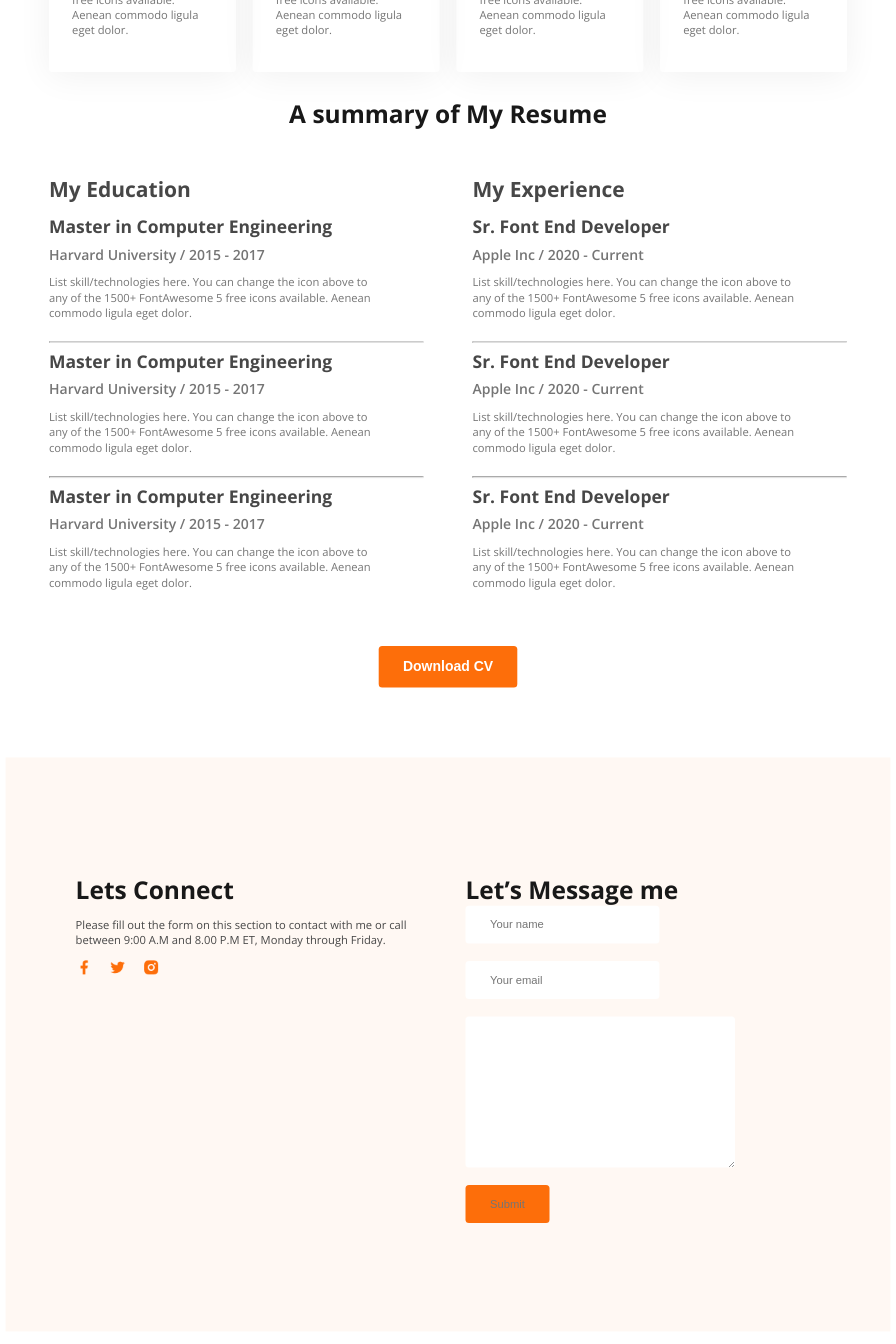
Repository: ShouravAhammed/Simple-Portfolio-Webpage
Page: index.html
The author's editor kept a copy of each file at every save. The page is drawn from the files as they stood at one save, then again after the next save.
The browser window is 1280 px wide. The pictures show the part of the page from y = 2110 to 4030 px (the page is 4030 px tall), at 70% of full size.

Above is the page before, as saved 2024-01-06 04:13:10.

### index.html
<!DOCTYPE html>
<html lang="en">
<head>
    <meta charset="UTF-8">
    <meta name="viewport" content="width=device-width, initial-scale=1.0">
    <title>Mary</title>
    <link rel="stylesheet" href="index.css">
</head>
<body>
    <header class="header">
        <nav>
            <h3 class="nav-title">Ma<span class="text-primary">r</span>y</h3>
            <ul class="navber">
                <li><a href="">Portfolio</a></li>
                <li><a href="">Blog</a></li>
                <li><button class="btn-primary">Hire Me</button></li>
            </ul>
        </nav>
        <div class="banner">
            <div class="banner-content">
                <h3 class="banner-greeting">Hi, I  am</h3>
                <h1 class="banner-title">Mary Hardy</h1>
                <p class="banner-description">Shot what able cold new see hold.Friendly as an betrayed formerly he. Morning because as to society behaved moments.</p>
                <button class="btn-primary">Download</button>
                <button class="btn-primary">Contact</button>
            </div>
            <img class="profile-pic" src="images/hardy.png" alt="profile-pic">
        </div>
    </header>
    <main>
        <section class="about">
            <h3 class="section-title">About Me</h3>
            <p class="section-description">I, m a designer & developer with a passion for web design. I enjoy developing simple, clean and slick websites that provide real value to the end user. Thousands of clients have procured exceptional resulfs while working with me. Delivering work within time and budget which meets clients requirements in our mata.</p>
            <div class="about-info-container">
                <div class="about-info">
                    <h4 class="info-title">Name:</h4>
                    <p class="info-description">Mary Hardy</p>
                </div>
                <div class="about-info">
                    <h4 class="info-title">Email:</h4>
                    <p class="info-description">info@gmail.com</p>
                </div>
                <div class="about-info">
                    <h4 class="info-title">Date of birth:</h4>
                    <p class="info-description">11 November 1987</p>
                </div>
                <div class="about-info">
                    <h4 class="info-title">From:</h4>
                    <p class="info-description">Los Angeles, USA</p>
                </div>
            </div>
        </section>
        <!-- what i do section  -->
        <section>
            <h3 class="section-title">What I do</h3>
            <p id="what-i-do-description" class="section-description">I have more than 10 years experience building software for clients all over the world. Below is a quick overview of my main technical skill sets and technologies i use. Want to find out more about my experience? Check out my online resume and project portfolio.</p>
            <div class="skills-container">
                <div class="skills">
                    <img src="images/icons/js.png" alt="">
                    <h3 class="skills-title">Vanilla JavaScript</h3>
                    <p class="skills-description">List skill/technologies here. You can change the icon above to any of the 1500+ FontAwesome 5 free icons available. Aenean commodo ligula eget dolor.</p>
                </div>
                <div class="skills">
                    <img src="images/icons/react.png" alt="">
                    <h3 class="skills-title">React</h3>
                    <p class="skills-description">List skill/technologies here. You can change the icon above to any of the 1500+ FontAwesome 5 free icons available. Aenean commodo ligula eget dolor.</p>
                </div>
                <div class="skills">
                    <img src="images/icons/nodejs.png" alt="">
                    <h3 class="skills-title">Node.js</h3>
                    <p class="skills-description">List skill/technologies here. You can change the icon above to any of the 1500+ FontAwesome 5 free icons available. Aenean commodo ligula eget dolor.</p>
                </div>
                <div class="skills">
                    <img src="images/icons/mongo.png" alt="">
                    <h3 class="skills-title">MongoDB</h3>
                    <p class="skills-description">List skill/technologies here. You can change the icon above to any of the 1500+ FontAwesome 5 free icons available. Aenean commodo ligula eget dolor.</p>
                </div>
            </div>
        </section>
        <!-- Resume section -->
        <section>
            <h3 class="section-title">A summary of My Resume</h3>
            <div class="resume-container">
                <div class="resume-colum">
                    <h3 class="resume-column-title">My Education</h3>
                    <div class="resume-item">
                        <h3 class="resume-item-title">Master in Computer Engineering</h3>
                        <h4 class="resume-item-institute">Harvard University / 2015 - 2017</h4>
                        <p class="resume-item-description">List skill/technologies here. You can change the icon above
                            to any of the 1500+ FontAwesome 5 free icons available. Aenean commodo ligula eget dolor.</p>
                    </div>
                    <hr>
                    <div class="resume-item">
                        <h3 class="resume-item-title">Master in Computer Engineering</h3>
                        <h4 class="resume-item-institute">Harvard University / 2015 - 2017</h4>
                        <p class="resume-item-description">List skill/technologies here. You can change the icon above
                            to any of the 1500+ FontAwesome 5 free icons available. Aenean commodo ligula eget dolor.</p>
                    </div>
                    <hr>
                    <div class="resume-item">
                        <h3 class="resume-item-title">Master in Computer Engineering</h3>
                        <h4 class="resume-item-institute">Harvard University / 2015 - 2017</h4>
                        <p class="resume-item-description">List skill/technologies here. You can change the icon above
                            to any of the 1500+ FontAwesome 5 free icons available. Aenean commodo ligula eget dolor.</p>
                    </div>
                </div>
                <div class="resume-colum">
                    <h3 class="resume-column-title">My Experience</h3>
                    <div class="resume-item">
                        <h3 class="resume-item-title">Sr. Font End Developer</h3>
                        <h4 class="resume-item-institute">Apple Inc / 2020 - Current</h4>
                        <p class="resume-item-description">List skill/technologies here. You can change the icon above
                            to any of the 1500+ FontAwesome 5 free icons available. Aenean commodo ligula eget dolor.</p>
                    </div>
                    <hr>
                    <div class="resume-item">
                        <h3 class="resume-item-title">Sr. Font End Developer</h3>
                        <h4 class="resume-item-institute">Apple Inc / 2020 - Current</h4>
                        <p class="resume-item-description">List skill/technologies here. You can change the icon above
                            to any of the 1500+ FontAwesome 5 free icons available. Aenean commodo ligula eget dolor.</p>
                    </div>
                    <hr>
                    <div class="resume-item">
                        <h3 class="resume-item-title">Sr. Font End Developer</h3>
                        <h4 class="resume-item-institute">Apple Inc / 2020 - Current</h4>
                        <p class="resume-item-description">List skill/technologies here. You can change the icon above
                            to any of the 1500+ FontAwesome 5 free icons available. Aenean commodo ligula eget dolor.</p>
                    </div>
                </div>
            </div>
            <div class="download-cv">
                <button class="btn-primary">Download CV</button>
            </div>
        </section>
    </main>
    <footer>
        <div class="footer-column">
            <h3 class="section-title left-align">Lets Connect</h3>
            <p class="footer-description">Please fill out the form on this section to contact with me or call between 9:00 A.M and 8.00 P.M ET, Monday through Friday.</p>
            <div class="social-link">
                <a href=""><img src="images/icons/facebook.png" alt="facebook"></a>
                <a href=""><img src="images/icons/twitter.png" alt="twitter"></a>
                <a href=""><img src="images/icons/insta.png" alt="insta"></a>
            </div>
        </div>
        <div class="footer-column">
            <h3 class="section-title left-align">Let’s Message me</h3>
            <form class="contact" action="">
                <input type="name" placeholder="Your name" alt="">
                <input type="email" placeholder="Your email" alt="">
                <textarea name="" id="" cols="30" rows="10"></textarea>
                <input type="submit" class="btn-primary">
            </form>
        </div>

    </footer>
</body>
</html>

### index.css
@import url('https://fonts.googleapis.com/css2?family=Lato:ital,wght@0,100;0,300;0,400;0,700;0,900;1,100;1,300;1,400;1,700;1,900&display=swap');
@import url('https://fonts.googleapis.com/css2?family=Open+Sans:ital,wght@0,300;0,400;0,500;0,600;0,700;0,800;1,300;1,400;1,500;1,600;1,700;1,800&display=swap');
/* google fonts import */
/* *{
    margin: 0;
    padding: 0;
    outline: 0;
} */
ul, ol{
    list-style: none;
}
body{
    font-family: 'Open Sans', sans-serif;
}
.text-primary{
    color: #FD6E0A;
}
.btn-primary{
    border-radius: 5px;
    color: #fff;
    background: #FD6E0A;
    font-size: 20px;
    font-weight: 700;
    padding: 18px 35px;
    border: 0;
}

/* nav related style */
nav{
    display: flex;
    justify-content: space-between;
    align-items: center;
    margin: 0 200px;
}
.nav-title{
    color: #181818;
    font-size: 45px;
    font-weight: 800;
}
nav > ul{
    display: flex;
    align-items: center;
}
nav li{
    margin-right: 50px;
}
nav a{
    text-decoration: none;
    color: #474747;
}
/* header related style */
.header{
    background: #FFF8F3;
    background-image: url(images/header_bg.png);
    background-position: bottom right;
    background-repeat: no-repeat;
}
.banner{
    display: flex;
    justify-content: space-between;
    padding: 30px 30px 0px 150px;
    align-items: center;
}
.banner-content{
    max-width: 580px;
}
.banner .profile-pic{
    width: 500px;
}
.banner-greeting{
    color: #474747;
    font-size: 45px;
    margin-bottom: 0;
}
.banner-title{
    color: #181818;
    font-size: 85px;
    font-weight: 700;
    margin-top: 5px;
    margin-bottom: 20px;
}
.banner-description{
    color: #575757;
    font-size: 18px;
    font-weight: 400;
    margin-bottom: 20px;
}
/* main part style */
main{
    max-width: 1140px;
    margin: 0 auto;
}
/* about part style */
.about{
    border-radius: 10px;
    background: #FFF8F3;
    margin: 130px 0px;
    padding: 130px 155px;
}
.section-title{
    color: #181818;
    text-align: center;
    font-size: 35px;
    font-weight: 700;
}
.section-description{
    color: #757575;
    text-align: center;
    font-size: 18px;
    font-weight: 400;
}
.about-info-container{
    display: flex;
    justify-content: space-around;
}
.about-info{
    text-align: center;
}
.info-title{
    color:  #757575;
    text-align: center;
    font-size: 20px;
    font-weight: 400;
    margin-bottom: 0px;
}
.info-description{
    color:#474747;
    font-size: 20px;
    font-weight: 700;
    margin-top: 10px;
}
#what-i-do-description{
    padding: 30px 150px;
}
/* what i do section style */
.skills-container{
    display: flex;
    gap: 24px;
}
.skills{
    border-radius: 5px;
    box-shadow: 0px 6px 50px 0px rgba(0, 0, 0, 0.06);
    padding: 33px
}
.skills-title{
    color: #181818;
    font-size: 20px;
    font-weight: 700;
}
.skills-description{
    color:#757575;
    font-size: 16px;
    font-weight: 400;
}
/* Resume sectionpart start */
.resume-container{
    display: flex;
    gap: 70px;
}
.resume-container hr{
    background: #d1d1d1;
    height: 0.1px;
}
.resume-column-title{
    color:#474747;
    font-size: 30px;
    font-weight: 700;
    margin-bottom: 15px;
}
.resume-item-title{
    color: #474747;
    font-size: 25px;
    font-weight: 700;
    margin-top: 0px;
    margin-bottom: 10px;
}
.resume-item-institute{
    color: #757575;
    font-size: 20px;
    font-weight: 600;
    margin-top: 0px;
    margin-bottom: 15px;
}
.resume-item-description{
    color: #757575;
    font-size: 16px;
    font-weight: 400;
    margin-top: 10px;
    margin-bottom: 30px;
    padding-right: 50px;
}
.download-cv{
    text-align: center;
    margin-top: 50px;
}
/* footer part style */
footer{
    display: flex;
    gap: 50px;
    background: #fff8f3;
    padding: 130px 100px;
    margin-top: 100px;
}
.footer-column{
    width: 50%;
}
.footer-description{
    color: #474747;
    font-size: 16px;
    font-weight: 400;
}
.left-align{
    margin-bottom: 0px;
    text-align: left;
}
.social-link a{
    margin-right: 20px;
}
.contact input, textarea{
    display: block;
    margin-bottom: 25px;
    padding: 18px 35px;
    border: 0;
    color:#757575;
    font-size: 16px;
    font-weight: 400;
    border-radius: 5px;
}

After the next save:
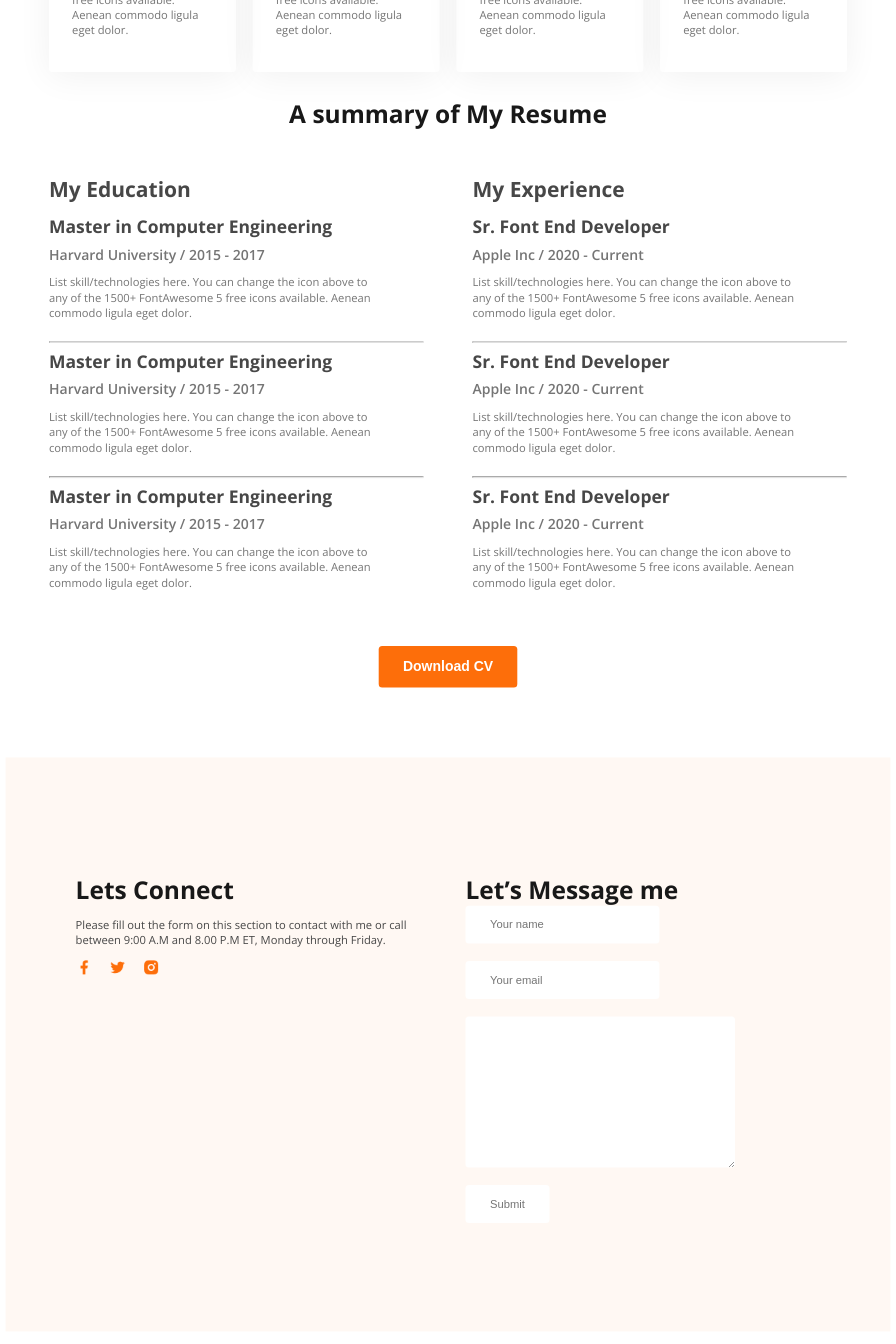
Saved 56 s later.
--- a/index.css
+++ b/index.css
@@ -221,6 +221,7 @@ footer{
     margin-bottom: 25px;
     padding: 18px 35px;
     border: 0;
+    background: #fff;
     color:#757575;
     font-size: 16px;
     font-weight: 400;
